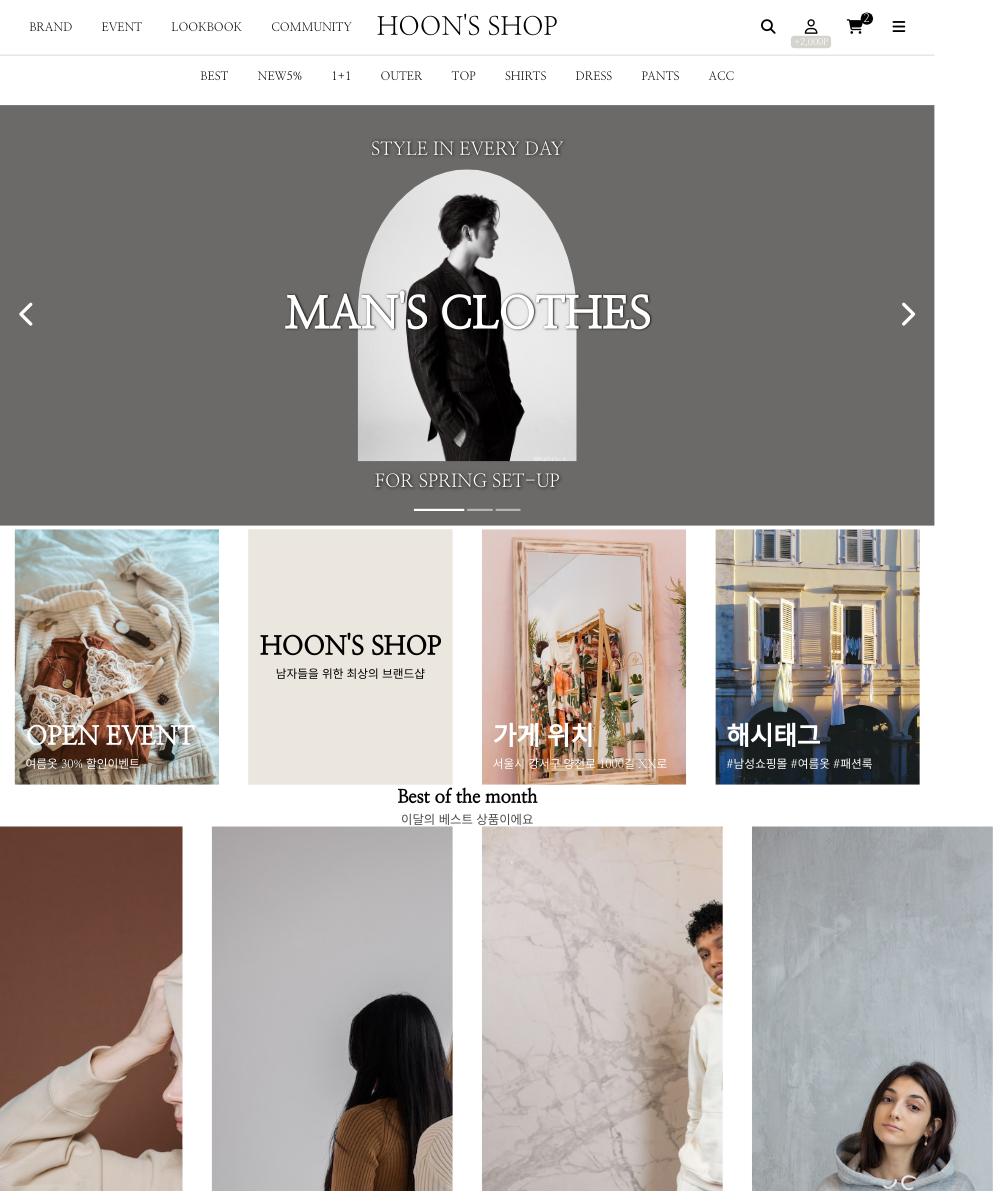
Repository: Iimchaehoon/cafeProject
Page: src/index.html
An editor plug-in stored every save of this project. The page is shown before and after the next save, followed by the edit.
The browser window is 1280 px wide. The page is 1380 px wide, so the pictures cover 1380 px, including what lies to the right of the window. The pictures show the whole page, at 73% of full size.
Some web libraries are served in a nearby version.

Above is the page before, as saved 2024-07-24 22:17:56.

### src/index.html
<!DOCTYPE html>
<html lang="en">
  <head>
    <meta charset="UTF-8" />
    <meta name="viewport" content="width=device-width, initial-scale=1.0" />
    <link rel="shortcut icon" href="/assets/cafefav.png" type="image/x-icon" />

    <link rel="stylesheet" href="/src/css/pages/main.css" />
    <title>cafe24_clone</title>
    <script
      src="https://kit.fontawesome.com/1e606f2a97.js"
      crossorigin="anonymous"
    ></script>
  </head>
  <body>
    <!--header-->
    <header class="header">
      <div class="header__top">
        <nav class="header__nav-box">
          <ul class="header__list-box">
            <li class="header__content">BRAND</li>
            <li class="header__content">EVENT</li>
            <li class="header__content">LOOKBOOK</li>
            <li class="header__content">COMMUNITY</li>
          </ul>
        </nav>
        <h1 class="header__title">HOON'S SHOP</h1>
        <ul class="header__menu">
          <li class="header__content">
            <i class="fa-solid fa-magnifying-glass fa-lg"></i>
          </li>
          <li class="header__content header__content--badge-price">
            <div class="header__price-badge"><span>+2,000P</span></div>
            <i class="fa-regular fa-user fa-lg"></i>
          </li>
          <li class="header__content header__content--badge-box">
            <div class="header__cart-badge"><span>2</span></div>
            <i class="fa-solid fa-cart-shopping fa-lg"></i>
          </li>
          <li class="header__content">
            <i class="fa-solid fa-bars fa-lg"></i>
          </li>
        </ul>
      </div>

      <div class="header__bottom">
        <ul class="header__category">
          <li class="header__content">BEST</li>
          <li class="header__content">NEW5%</li>
          <li class="header__content">1+1</li>
          <li class="header__content">OUTER</li>
          <li class="header__content">TOP</li>
          <li class="header__content">SHIRTS</li>
          <li class="header__content">DRESS</li>
          <li class="header__content">PANTS</li>
          <li class="header__content">ACC</li>
        </ul>
      </div>
    </header>
    <!-- main  -->
    <main class="main">
      <section class="main__slider">
        <h2 class="main__slider-title">MAN'S CLOTHES</h2>
        <span class="main__slider-btn"
          ><i class="fa-solid fa-chevron-left fa-xl"></i
        ></span>

        <div class="main__slider-container">
          <span class="main__slider-text">STYLE IN EVERY DAY</span>
          <div class="main__slider-image-container">
            <img
              class="main__slider-image"
              src="/assets/main-slider.jpg"
              alt="main-slider_img"
            />
          </div>
          <span class="main__slider-text">FOR SPRING SET-UP</span>
        </div>

        <span class="main__slider-btn"
          ><i class="fa-solid fa-chevron-right fa-xl"></i
        ></span>
        <div class="main__progress-bar">
          <div
            class="main__progress-bar-item main__progress-bar-item--visible"
          ></div>
          <div
            class="main__progress-bar-item main__progress-bar-item--invisible"
          ></div>
          <div
            class="main__progress-bar-item main__progress-bar-item--invisible"
          ></div>
        </div>
      </section>
    </main>
    <!-- section -->
    <section class="main__introduction">
      <div class="main__intro-container-img">
        <img class="main__intro-image" src="/assets/intro-01.jpg" alt="" />
        <div class="main__intro-text-container">
          <h2 class="main__intro-title">OPEN EVENT</h2>
          <span class="main__intro-description">여름옷 30% 할인이벤트</span>
        </div>
      </div>
      <div class="main__intro-container">
        <h2 class="main__intro-title main__intro-title-black">HOON'S SHOP</h2>
        <span class="main__intro-description main__intro-description-black"
          >남자들을 위한 최상의 브랜드샵</span
        >
      </div>
      <div class="main__intro-container-img">
        <img class="main__intro-image" src="/assets/intro-02.jpg" alt="" />

        <div class="main__intro-text-container">
          <h2 class="main__intro-title">가게 위치</h2>
          <span class="main__intro-description"
            >서울시 강서구 양천로 1000길 XX로</span
          >
        </div>
      </div>
      <div class="main__intro-container-img">
        <img class="main__intro-image" src="/assets/intro-03.jpg" alt="" />

        <div class="main__intro-text-container">
          <h2 class="main__intro-title">해시태그</h2>
          <span class="main__intro-description"
            >#남성쇼핑몰 #여름옷 #패션룩</span
          >
        </div>
      </div>
    </section>
    <!-- section2 -->
    <section class="main__month-best">
      <h3 class="main__best-title">Best of the month</h3>
      <span class="main__best-sub-title">이달의 베스트 상품이에요</span>
      <div class="main__best-sub-container">
        <article class="main__best-article">
          <div class="main__article-img-container">
            <img class="main__article-img" src="/assets/best-01.jpg" />
          </div>
          <div class="main__article-container">
            <div
              class="main__article-color-item main__article-color-item--01"
            ></div>
            <div
              class="main__article-color-item main__article-color-item--02"
            ></div>
            <div
              class="main__article-color-item main__article-color-item--03"
            ></div>
            <div
              class="main__article-color-item main__article-color-item--04"
            ></div>
            <div
              class="main__article-color-item main__article-color-item--05"
            ></div>
          </div>
          <div class="main__article-container">
            <h4 class="main__article-product-name">
              모먼트 베이직 슬림 무지 티셔츠
            </h4>
          </div>
          <div class="main__article-container">
            <span class="main__article-product-description">
              #편하게 입을 수 있어요 #간편해요 #데일리룩으로 좋아요
            </span>
          </div>
          <div class="main__article-container">
            <span class="main__article-total-price">15,0000원</span>
            <small class="main__article-previous-price">23,000원</small>
            <span class="main__article-discount-rate">40%</span>
          </div>
        </article>
        <article class="main__best-article">
          <div class="main__article-img-container">
            <img class="main__article-img" src="/assets/best-02.jpg" />
          </div>
          <div class="main__article-container">
            <div
              class="main__article-color-item main__article-color-item--01"
            ></div>
            <div
              class="main__article-color-item main__article-color-item--02"
            ></div>
            <div
              class="main__article-color-item main__article-color-item--03"
            ></div>
            <div
              class="main__article-color-item main__article-color-item--04"
            ></div>
            <div
              class="main__article-color-item main__article-color-item--05"
            ></div>
          </div>
          <div class="main__article-container">
            <h4 class="main__article-product-name">
              모먼트 베이직 슬림 무지 티셔츠
            </h4>
          </div>
          <div class="main__article-container">
            <span class="main__article-product-description">
              #편하게 입을 수 있어요 #간편해요 #데일리룩으로 좋아요
            </span>
          </div>
          <div class="main__article-container">
            <span class="main__article-total-price">15,0000원</span>
            <small class="main__article-previous-price">23,000원</small>
            <span class="main__article-discount-rate">40%</span>
          </div>
        </article>
        <article class="main__best-article">
          <div class="main__article-img-container">
            <img class="main__article-img" src="/assets/best-04.jpg" />
          </div>
          <div class="main__article-container">
            <div
              class="main__article-color-item main__article-color-item--01"
            ></div>
            <div
              class="main__article-color-item main__article-color-item--02"
            ></div>
            <div
              class="main__article-color-item main__article-color-item--03"
            ></div>
            <div
              class="main__article-color-item main__article-color-item--04"
            ></div>
            <div
              class="main__article-color-item main__article-color-item--05"
            ></div>
          </div>
          <div class="main__article-container">
            <h4 class="main__article-product-name">
              모먼트 베이직 슬림 무지 티셔츠
            </h4>
          </div>
          <div class="main__article-container">
            <span class="main__article-product-description">
              #편하게 입을 수 있어요 #간편해요 #데일리룩으로 좋아요
            </span>
          </div>
          <div class="main__article-container">
            <span class="main__article-total-price">15,0000원</span>
            <small class="main__article-previous-price">23,000원</small>
            <span class="main__article-discount-rate">40%</span>
          </div>
        </article>
        <article class="main__best-article">
          <div class="main__article-img-container">
            <img class="main__article-img" src="/assets/best-05.jpg" />
          </div>
          <div class="main__article-container">
            <div
              class="main__article-color-item main__article-color-item--01"
            ></div>
            <div
              class="main__article-color-item main__article-color-item--02"
            ></div>
            <div
              class="main__article-color-item main__article-color-item--03"
            ></div>
            <div
              class="main__article-color-item main__article-color-item--04"
            ></div>
            <div
              class="main__article-color-item main__article-color-item--05"
            ></div>
          </div>
          <div class="main__article-container">
            <h4 class="main__article-product-name">
              모먼트 베이직 슬림 무지 티셔츠
            </h4>
          </div>
          <div class="main__article-container">
            <span class="main__article-product-description">
              #편하게 입을 수 있어요 #간편해요 #데일리룩으로 좋아요
            </span>
          </div>
          <div class="main__article-container">
            <span class="main__article-total-price">15,0000원</span>
            <small class="main__article-previous-price">23,000원</small>
            <span class="main__article-discount-rate">40%</span>
          </div>
        </article>
      </div>
    </section>
  </body>
</html>

### src/css/pages/main.css
@import "../reset.css";
@import "../common.css";
@import "../components/header.css";
@import "../slider.css";
@import "../intro.css";
@import "../monthbest.css";

### src/css/common.css
@import url("https://fonts.googleapis.com/css2?family=Nanum+Gothic&family=Nanum+Myeongjo&display=swap");
body {
  font-family: "Nanum Myeongjo", serif;
  margin: 0;
  padding: 0;
  box-sizing: border-box;
}
ul {
  margin: 0;
}

### src/css/components/header.css
.header {
  height: 20vh;
}
.header__top {
  display: flex;
  justify-content: space-between;
  padding: 20px;
  border-bottom: 1px solid rgba(0, 0, 0, 0.2);
}
.header__nav-box {
  width: 33%;
}
.header__title {
  width: 33%;
  font-size: 35px;
  font-weight: 550;
  text-align: center;
}

.header__list-box {
  display: flex;

  height: 100%;
  align-items: center;
}
.header__menu {
  display: flex;
  align-items: center;
  justify-content: flex-end;

  width: 33%;
}
.header__content {
  margin: 0 20px;
}
/* 아래헤더 */
.header__category {
  display: flex;
  justify-content: center;
  padding: 20px 0;
}
.header__cart-badge {
  background-color: black;
  display: flex;
  justify-content: center;
  align-items: center;
  border-radius: 100%;
  width: 13px;
  height: 13px;
  padding: 2px;
  position: absolute;
  top: -13px;
  right: -13px;
}
.header__content--badge-box {
  position: relative;
}
.header__cart-badge span {
  color: white;
}
.header__content--badge-price {
  position: relative;
}
.header__price-badge {
  background-color: #d5d3cd;
  color: white;
  display: flex;
  justify-content: center;
  align-items: center;
  font-size: 13px;
  border-radius: 5px;
  padding: 2px 4px;
  position: absolute;
  left: 50%;
  transform: translateX(-50%);
  bottom: -20px;
}

### src/css/slider.css
.main__slider {
  display: flex;
  justify-content: space-between;
  align-items: center;
  padding: 30px;
  background-color: #6b6a68;
  position: relative;
  height: 80vh;
  box-sizing: border-box;
}

.main__slider-btn {
  transform: scale(1.5);
  color: white;
}

.main__slider-text {
  color: white;
  font-size: 25px;
  text-shadow: 1px 1px 5px black;
}

.main__slider-container {
  display: flex;
  flex-direction: column;
  align-items: center;
}
.main__slider-image-container {
  width: 300px;
  height: 400px;

  border-top-left-radius: 50%;
  border-top-right-radius: 50%;

  overflow: hidden;
  margin: 15px 0;
}
.main__slider-image {
  width: 100%;
  height: 100%;
  object-fit: cover;
}
.main__slider-title {
  color: white;
  font-weight: 600;
  font-size: 60px;
  text-shadow: 1px 1px 3px black;
  position: absolute;
  top: 50%;
  left: 50%;
  transform: translate(-50%, -50%);
}
.main__progress-bar {
  width: 150px;
  height: 3px;

  position: absolute;
  bottom: 20px;
  left: 50%;
  transform: translateX(-50%);
  display: flex;
}
.main__progress-bar-item {
  height: 100%;
  background-color: white;
  margin: 0 2px;
}
.main__progress-bar-item--visible {
  width: 50%;
}
.main__progress-bar-item--invisible {
  width: 25%;
  opacity: 0.5;
}

### src/css/intro.css
.main__introduction {
  display: flex;
  justify-content: center;
  align-items: center;
  height: 50vh;
}
.main__intro-container-img,
.main__intro-container {
  width: 350px;
  height: 350px;
  overflow: hidden;
  margin: 0 20px;
}
.main__intro-container {
  display: flex;
  flex-direction: column;
  justify-content: center;
  align-items: center;
  background-color: #ebe7df;
}
.main__intro-image {
  width: 100%;
  height: 100%;
  object-fit: cover;
}

.main__intro-container-img {
  position: relative;
}
.main__intro-text-container {
  position: absolute;
  bottom: 20px;
  left: 15px;
}
.main__intro-title {
  color: white;
  font-size: 35px;
  font-weight: 600;
  margin-bottom: 12px;
}
.main__intro-description {
  color: white;
}
.main__intro-title-black {
  color: black;
}
.main__intro-description-black {
  color: black;
}

### src/css/monthbest.css
.main__month-best {
  display: flex;
  flex-direction: column;
  align-items: center;
}
.main__best-title {
  font-size: 25px;
  font-weight: 600;
  margin-bottom: 10px;
}
.main__best-sub-title {
  font-size: 17px;
  color: rgba(0, 0, 0, 0.7);
}
.main__best-sub-container {
  display: flex;
}
.main__best-article {
  width: 330px;
  height: 500px;
  overflow: hidden;
  margin: 0 20px;
}
.maint__article-img-container {
  width: 100%;
  height: 400px;
}

Loaded but not shown: src/css/reset.css (common file)

After the next save:
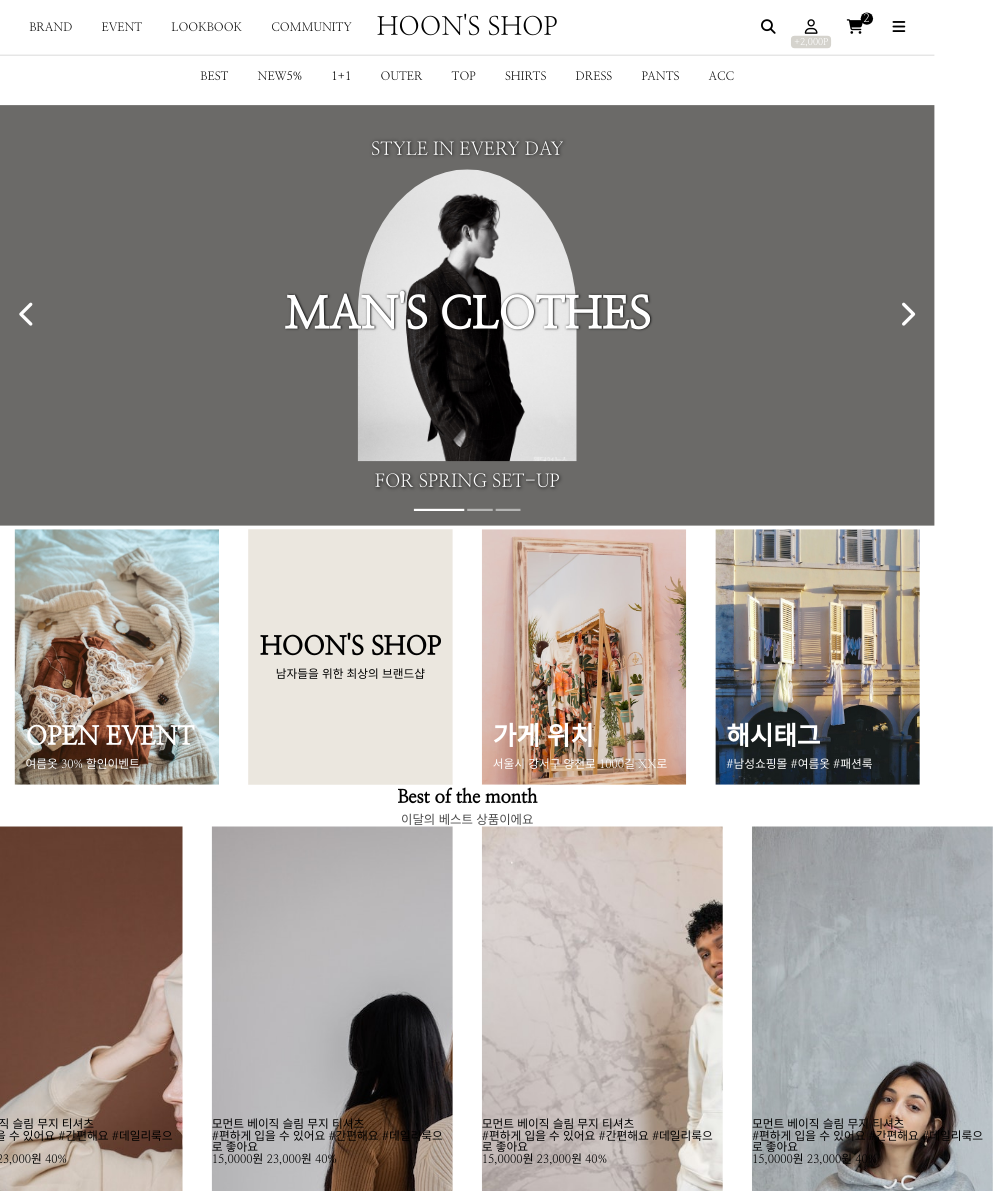
Saved 5 s later.
--- a/src/css/monthbest.css
+++ b/src/css/monthbest.css
@@ -21,7 +21,7 @@
   overflow: hidden;
   margin: 0 20px;
 }
-.maint__article-img-container {
+.main__article-img-container {
   width: 100%;
   height: 400px;
 }
